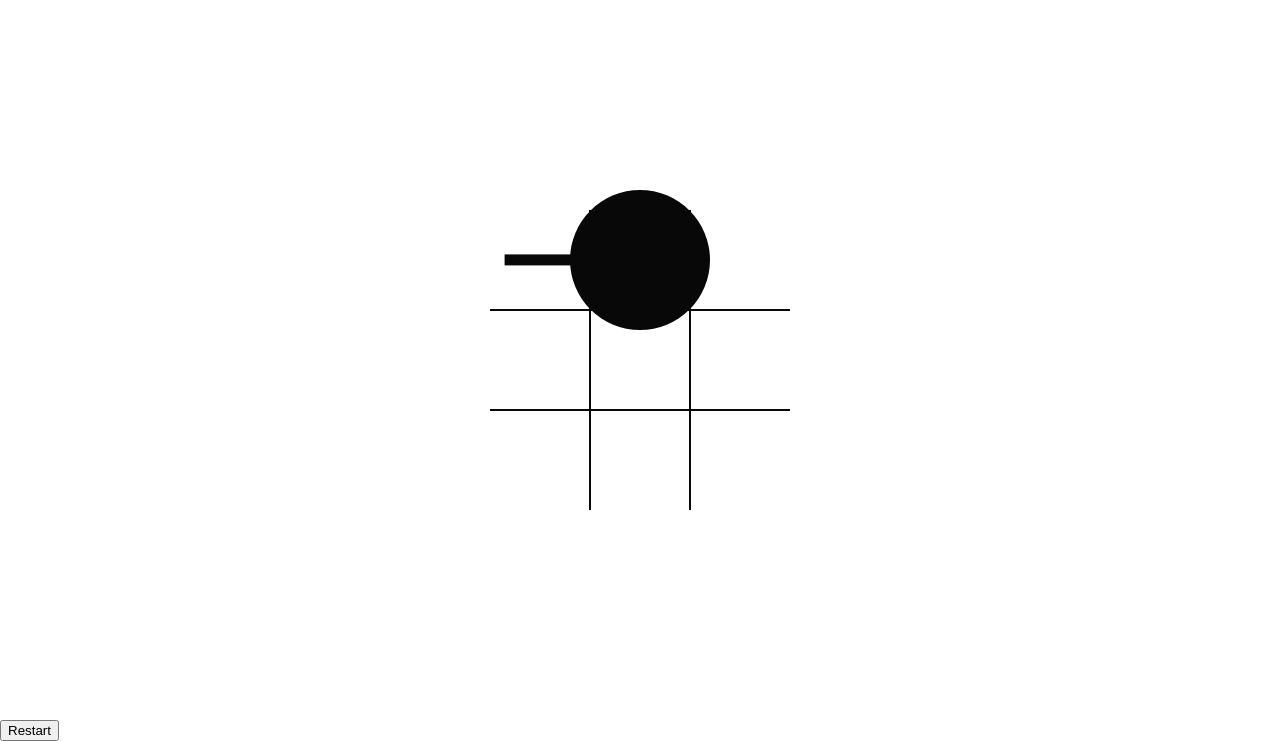
Repository: kkyler24/MCLA
Page: devFiles/TictactoeFiles/ticTacToe.html
The author's editor kept a copy of each file at every save. The page is drawn from the files as they stood at one save, then again after the next save.
The browser window is 1280 px wide. The pictures show the whole page.

Above is the page before, as saved 2020-04-17 13:41:15.

After the next save:
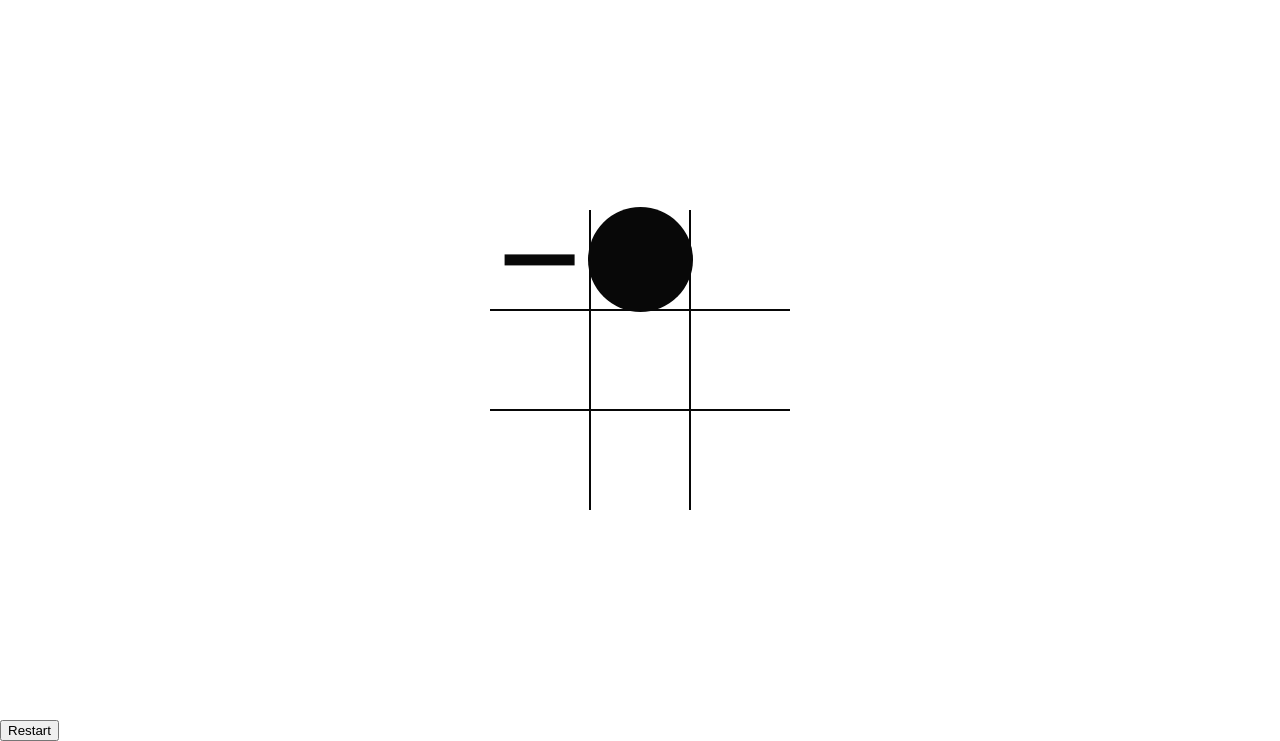
Saved 12 s later.
--- a/devFiles/TictactoeFiles/tictactoe.css
+++ b/devFiles/TictactoeFiles/tictactoe.css
@@ -65,10 +65,10 @@ body{
 .cellBOne.circle::after{
     content: "";
     position: absolute;
-    width: calc(var(--mark-size)*2);
+    width: calc(var(--mark-size)*1.5);
     /* controls the height of the cricles */
     /* transform: rotate(90deg); */
-    height: calc(var(--mark-size)*2);
+    height: calc(var(--mark-size)*1.5);
     background-color: rgb(8, 8, 8);
     /* controls how the dashes look */
     border-radius: 50%;
